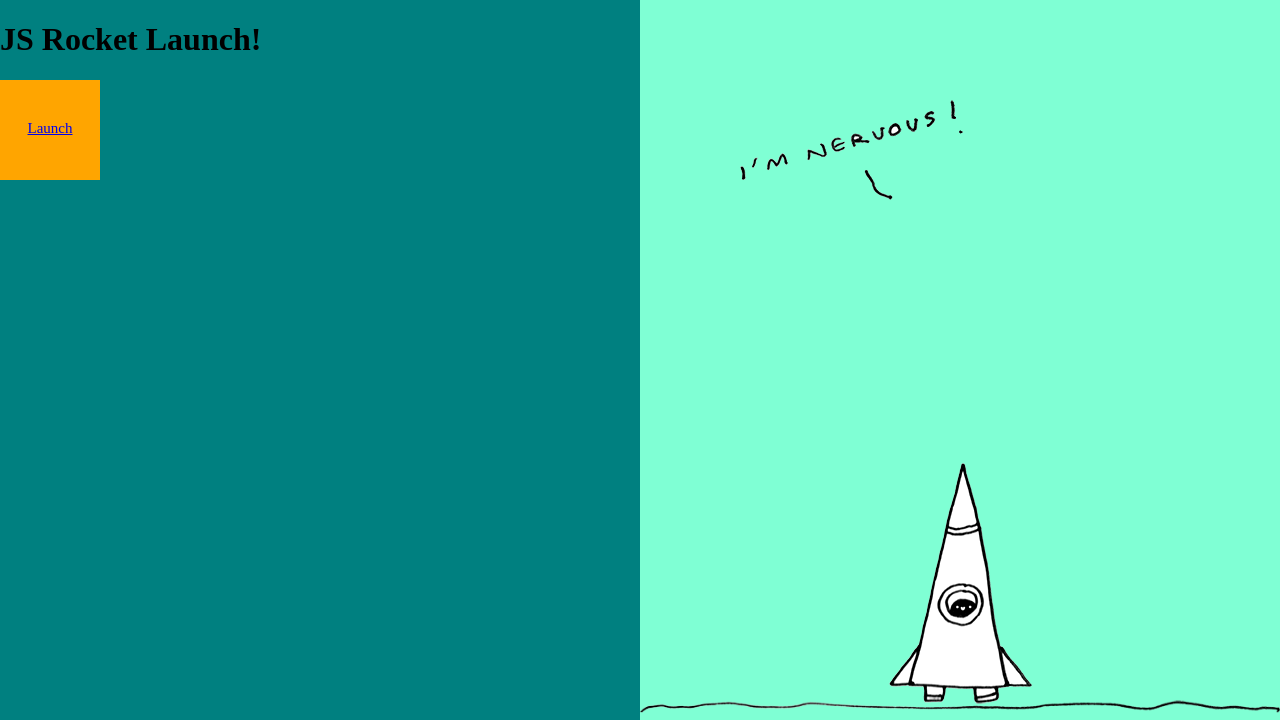
Repository: alcarrizo/Rocket-launch
Page: index.html
These files come from the project's save history. The page is drawn as it stood at one moment and after the next save; the edit follows.
The browser window is 1280 px wide. The pictures show the whole page.

Above is the page before, as saved 2022-10-20 17:22:28.

After the next save:
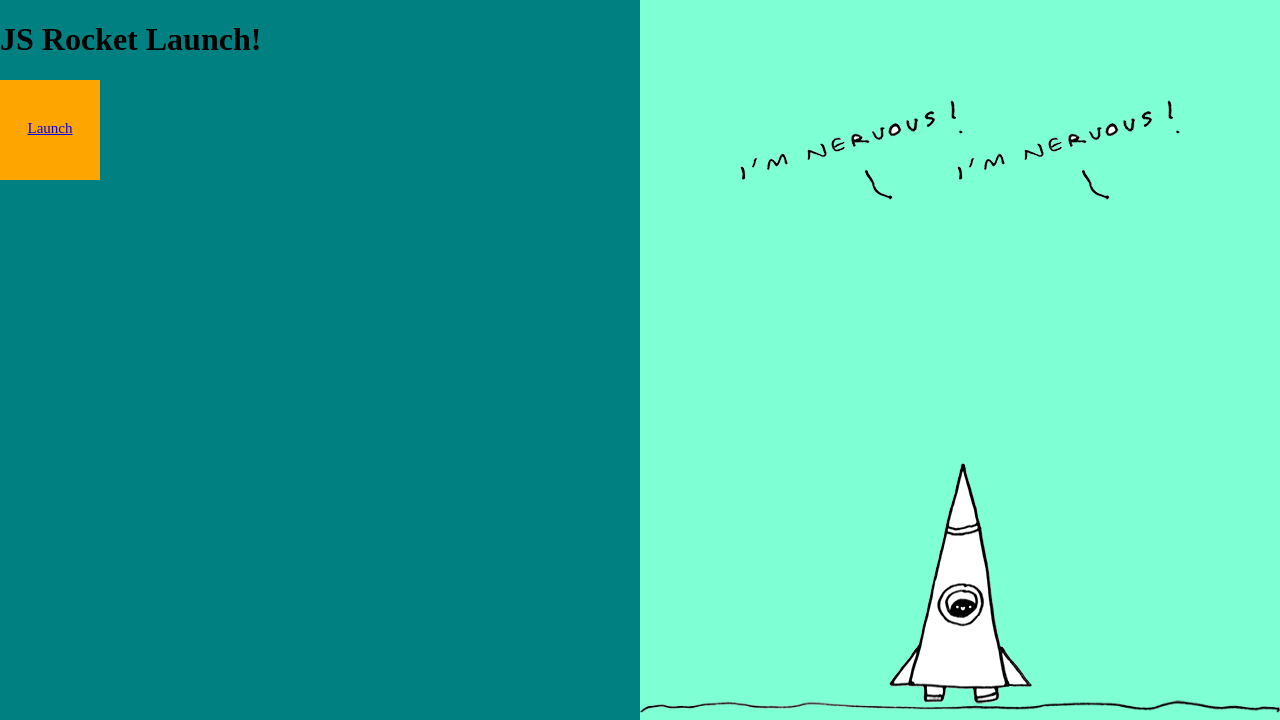
Saved 7 s later.
--- a/css/style.css
+++ b/css/style.css
@@ -83,7 +83,7 @@ body {
 .cant-wait {
     position: absolute;
     top: 100px;
-    left: 100px;
+    right: 100px;
     background: url('../img/nervous.png') no-repeat 0 0;
     background-size: 100%;
     width: 223px;
